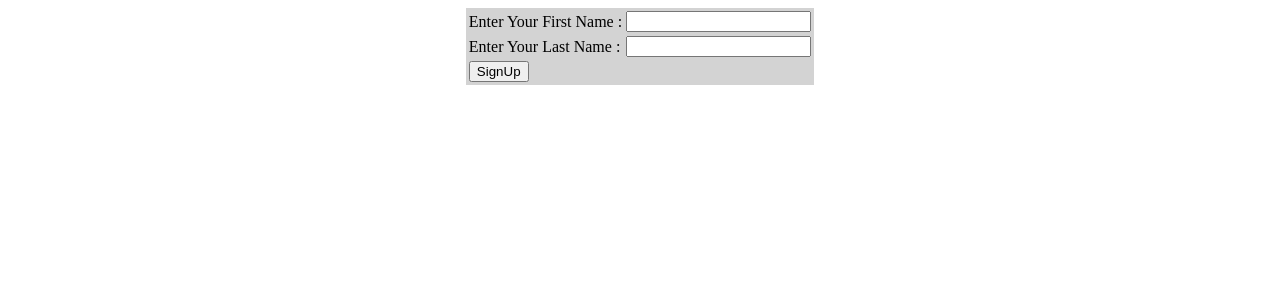
Repository: DAC-Sept2022-SagarPokale-70466/05_J2EE
Page: Day_03/src/main/webapp/register.html
An editor plug-in stored every save of this project. The page is shown before and after the next save, followed by the edit.
The browser window is 1280 px wide. The pictures show the whole page.

Above is the page before, as saved 2022-11-24 16:33:19.

After the next save:
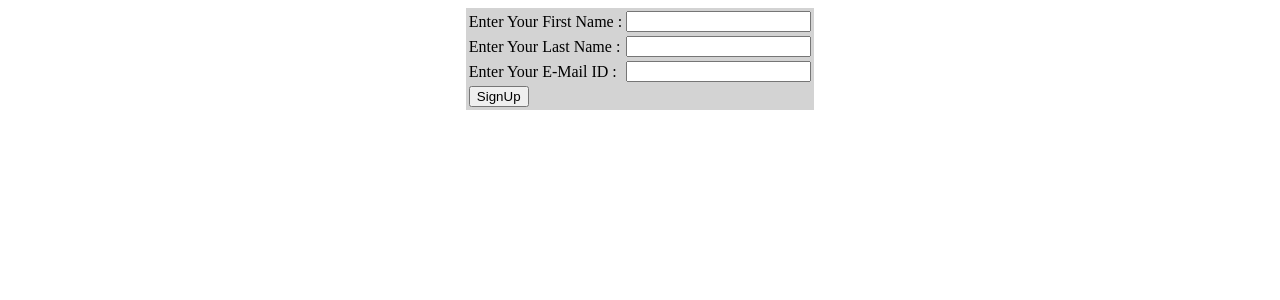
Saved 26 s later.
--- a/Day_03/src/main/webapp/register.html
+++ b/Day_03/src/main/webapp/register.html
@@ -19,6 +19,10 @@
           <td><input type="text" name="lname" /></td>
         </tr>
 
+		<tr>
+          <td>Enter Your E-Mail ID :  </td>
+          <td><input type="text" name="lname" /></td>
+        </tr>
 
 
 
